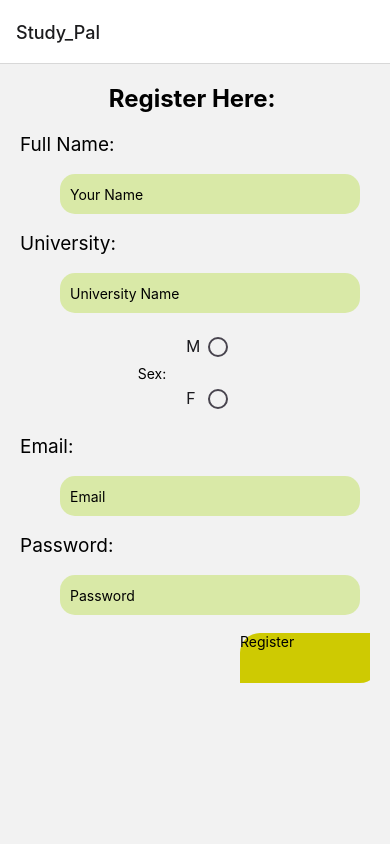
Repository: abdurehmanali611/Study-Pal
Screen: /
These files come from the project's save history. The screen is drawn as it stood at one moment and after the next save; the edit follows.
The app was drawn by React Native's web renderer in a window 390 px wide. The project was rebuilt for these pictures with package versions that can differ from the ones it lists, and the page was loaded fresh each time. Also part of the build but not shown: Front_Pages/Home.js, Screens/Softwareeng.js, Screens/Computersci.js, Screens/Informationsci.js, Screens/Informationtech.js, Screens/Softwarecards.js, Screens/Computercards.js, Screens/Sciencecards.js and 4 more.

Above is the screen before, as saved 2024-01-23 22:27:27.

### App.js
import { createStackNavigator } from "@react-navigation/stack";
import { NavigationContainer } from "@react-navigation/native";
import Sign_Up from "./Front_Pages/Sign_Up";
import Home from "./Front_Pages/Home";
import Softwareeng from "./Screens/Softwareeng";
import Computersci from "./Screens/Computersci";
import Informationsci from "./Screens/Informationsci";
import Informationtech from "./Screens/Informationtech";
import Softwarecards from "./Screens/Softwarecards";
import Computercards from "./Screens/Computercards";
import Sciencecards from "./Screens/Sciencecards";
import Technologycards from "./Screens/Technologycards";
import About_Us from "./Profile_pages/About_Us";
import Contacts from "./Profile_pages/Contacts";
import Setting from "./Profile_pages/Setting";

const stack = createStackNavigator();

const App = () => {

  return  <NavigationContainer>
       <stack.Navigator initialRouteName="Sign">
       <stack.Screen name="Sign" component={Sign_Up} options={{title: 'Study_Pal'}} />
       <stack.Screen name ="Home" component={Home} options={{title: 'Study_Pal'}}/>
       <stack.Screen name="software" component={Softwareeng} options={{title: 'Study_Pal'}}/>
       <stack.Screen name="softwarecard" component={Softwarecards} options={{title: 'Study_Pal'}}/>
       <stack.Screen name="computer" component={Computersci} options={{title: 'Study_Pal'}}/>
       <stack.Screen name="computercard" component={Computercards} options={{title: 'Study_Pal'}}/>
       <stack.Screen name="information" component={Informationsci} options={{title: 'Study_Pal'}}/>
       <stack.Screen name="informationcard" component={Sciencecards} options={{title: 'Study_Pal'}}/>
       <stack.Screen name="technology" component={Informationtech} options={{title: 'Study_Pal'}}/>
       <stack.Screen name="technologycard" component={Technologycards} options={{title: 'Study_Pal'}}/>
       <stack.Screen name="about" component={About_Us} options={{title: 'Study_Pal'}}/>
       <stack.Screen name="contact" component={Contacts} options={{title: 'Study_Pal'}}/>
       <stack.Screen name="setting" component={Setting} options={{title: 'Study_Pal'}}/>
       </stack.Navigator>
   </NavigationContainer>
}

export default App

### Front_Pages/Sign_Up.js
import { View, Text, TextInput, StyleSheet, ScrollView, TouchableOpacity, Alert } from 'react-native'
import React, { useState, useLayoutEffect } from 'react'
import {RadioButton} from 'react-native-paper'

const Sign_Up = ({navigation}) => {

   const [sex, setSex] = useState('')
   const [name, setName] = useState('')
   const [university, setUniversity] = useState('')
   const [email, setEmail] = useState('')
   const [password, setPassword] = useState('')

   const register = () => {

      if (name == '' || name.startsWith('_') ) {

        Alert.alert(
            'Invalid Input',
            'You have entered an invalid input',
            [
                {text: 'OK'}
        ]
        )
      }else {
           navigation.navigate('Home')
      }
   }

  return <ScrollView
      showsVerticalScrollIndicator = {false}
      style = {styles.overall}>
         <View style = {styles.title}>
            <Text style = {styles.texttitle}>Register Here: </Text>
         </View>
         <View>
            <Text style = {styles.objecttext}>Full Name: </Text>
            <TextInput
            value={name}
            onChangeText={(newname) => setName(newname)}
            style = {styles.textinput}
            placeholder='Your Name'
            textContentType='name'
            />
         </View>
         <View>
            <Text style = {styles.objecttext}>University: </Text>
            <TextInput
            value={university}
            onChangeText={(newuniversity) => setUniversity(newuniversity)}
            style = {styles.textinput}
            placeholder='University Name'
            textContentType='name'
            />
         </View>
         <View style = {{flexDirection: 'row', alignSelf: 'center'}}>
            <View style = {{justifyContent: 'center'}}>
               <Text>Sex: </Text>
            </View>
            <View>
          <RadioButton.Group
          value={sex}
          onValueChange={(yoursex) => setSex(yoursex)}
          >
             <RadioButton.Item
             label='M'
             value='male'
             color='green'
             />
             <RadioButton.Item
             label='F'
             value='female'
             color='red'
             />
          </RadioButton.Group>
          </View>
         </View>
         <View>
         <View>
            <Text style = {styles.objecttext}>Email: </Text>
            <TextInput
            value={email}
            onChangeText={(newemail) => setEmail(newemail)}
            style = {styles.textinput}
            placeholder='Email'
            textContentType='emailAddress'
            />
         </View>
         <View>
            <Text style = {styles.objecttext}>Password: </Text>
            <TextInput
            value={password}
            onChangeText={(newpassword) => setPassword(newpassword)}
            style = {styles.textinput}
            placeholder='Password'
            textContentType='password'
            />
         </View>
         </View>
         <View>
          <TouchableOpacity
          style = {styles.press}
          onPress={register}
          >
             <Text>
                Register
             </Text>
          </TouchableOpacity>
         </View>
        </ScrollView>

}

const randomRGB = () => {

   const red = Math.floor(Math.random() * 256)
   const green = Math.floor(Math.random() * 256)
   const blue = Math.floor(Math.random() * 256)

   return `rgb(${red},${green}, ${blue})`
}

const styles = StyleSheet.create ({

    overall : {
       marginVertical: 10,
       marginHorizontal: 20
    },
    title : {
        alignItems: 'center',
        marginVertical: 10
    },
    texttitle : {
        fontSize: 24,
        fontWeight: 'bold'
    },
    objecttext : {
        fontSize: 19,
        marginVertical: 10
    },
    textinput : {
        marginHorizontal: 40,
        borderRadius: 15,
        backgroundColor: randomRGB(),
        width: 300,
        height: 40,
        paddingLeft: 10,
        marginVertical: 8
    },
    press : {
      marginHorizontal: 220,
      backgroundColor: randomRGB(),
      height: 50,
      width: 140,
      marginVertical: 10 ,
      borderTopLeftRadius: 20,
      borderBottomRightRadius: 20
    }
})

export default Sign_Up

After the next save:
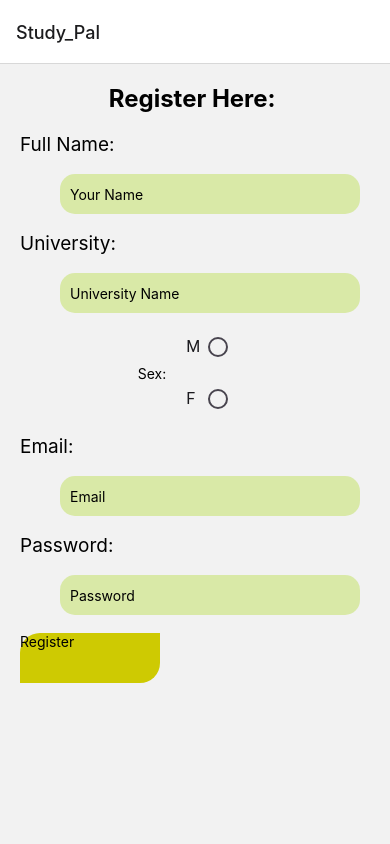
Saved 28 s later.
--- a/Front_Pages/Sign_Up.js
+++ b/Front_Pages/Sign_Up.js
@@ -147,7 +147,6 @@ const styles = StyleSheet.create ({
         marginVertical: 8
     },
     press : {
-      marginHorizontal: 220,
       backgroundColor: randomRGB(),
       height: 50,
       width: 140,
